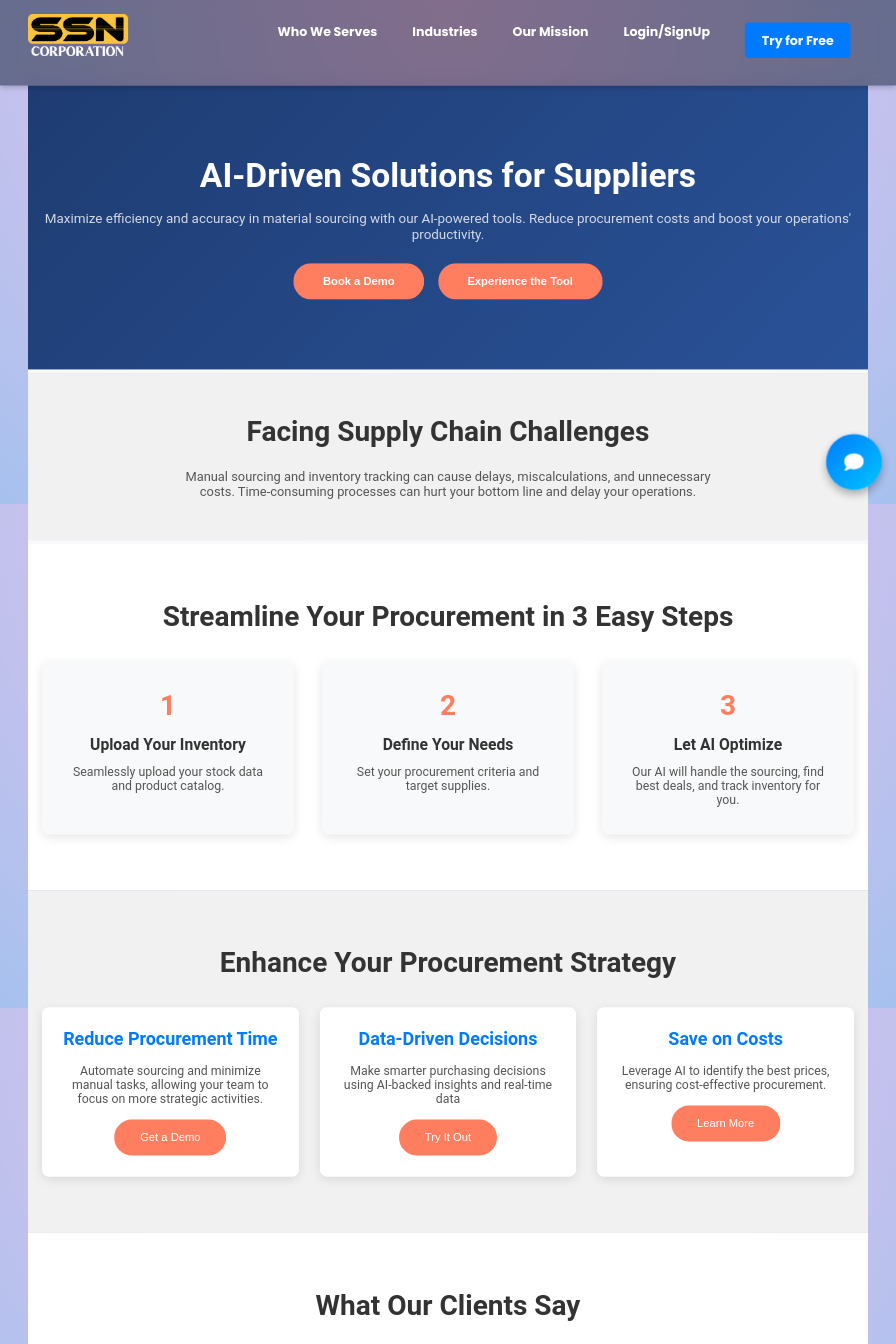
Repository: aabhashbasnet/SSNCorporation
Page: /who-we-serve/suppliers
The author's editor kept a copy of each file at every save. The page is drawn from the files as they stood at one save, then again after the next save.
The browser window is 1280 px wide. The pictures show the part of the page from y = 0 to 1920 px (the page is 2902 px tall), at 70% of full size.
The project was rebuilt for these pictures with package versions that can differ from the ones it lists, and the page was loaded fresh each time. Also part of the build but not shown: src/components/Main/Main.jsx, src/components/Working/Working.css, src/components/Working/Working.jsx, src/components/Footer/Footer.jsx, src/pages/OurMission/OurMission.jsx, src/pages/LoginSignUp/LoginSignUp.css, src/pages/LoginSignUp/LoginSignUp.jsx, src/pages/Industries/Industries.jsx and 10 more.

Above is the page before, as saved 2025-02-11 13:52:31.

After the next save:
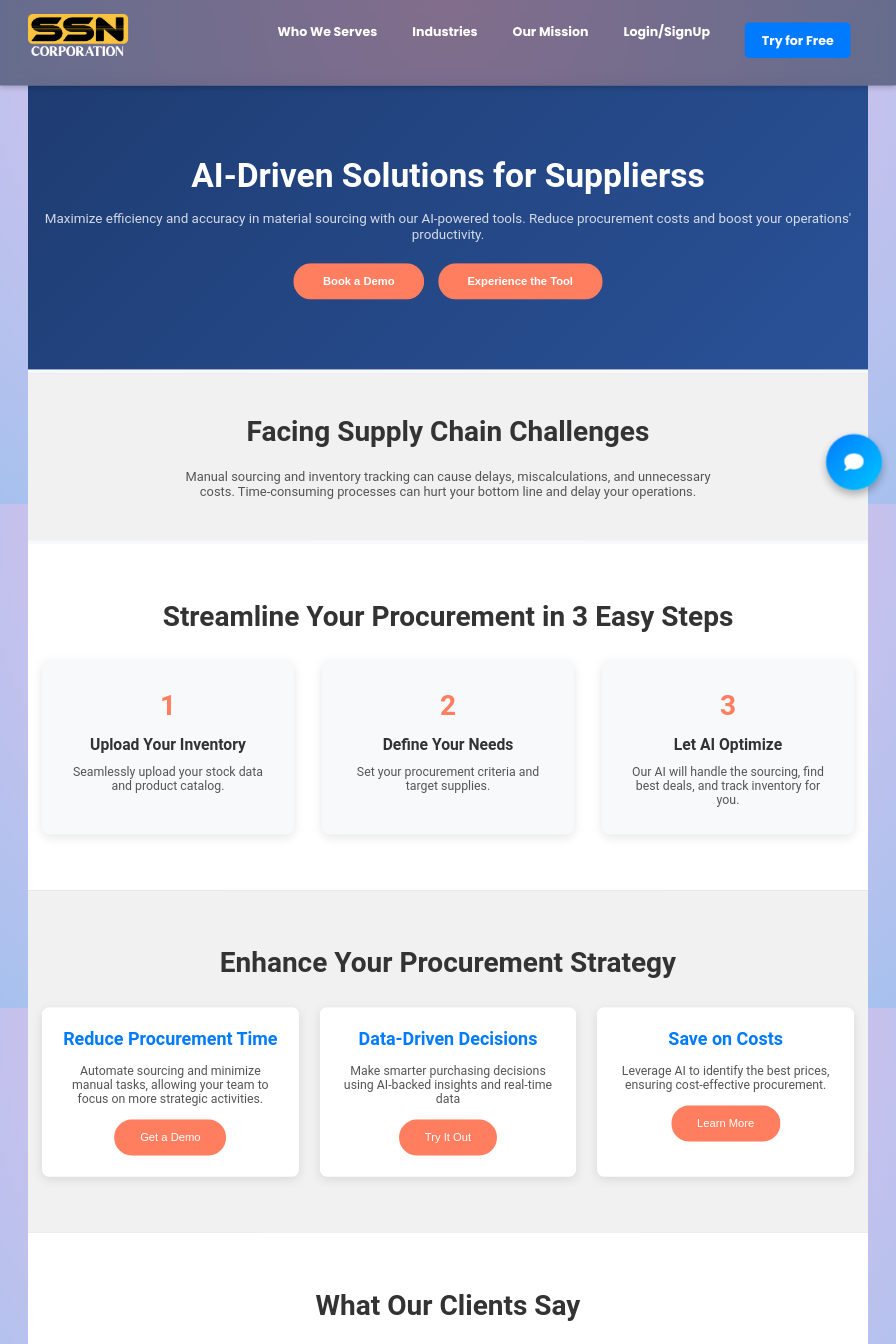
Saved 24 min 10 s later.
--- a/src/pages/WhoWeServe/Suppliers.jsx
+++ b/src/pages/WhoWeServe/Suppliers.jsx
@@ -8,7 +8,7 @@ const Suppliers = () => {
     <div className="supplier-section">
       <section className="hero">
         <div className="hero-content">
-          <h1>AI-Driven Solutions for Suppliers</h1>
+          <h1>AI-Driven Solutions for Supplierss</h1>
           <p>
             Maximize efficiency and accuracy in material sourcing with our AI-powered tools.
             Reduce procurement costs and boost your operations' productivity.
